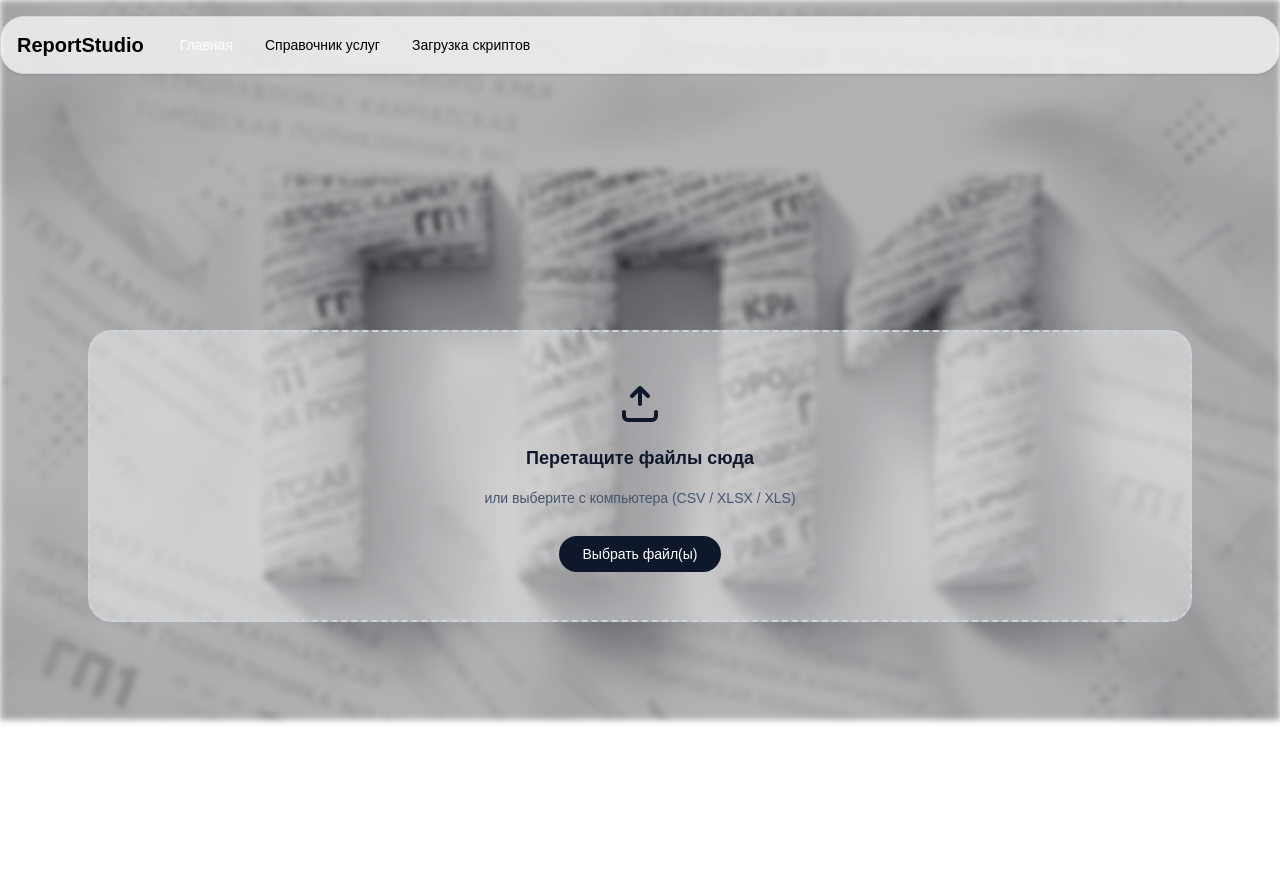
Repository: vladzap2423/report_studio_v2
Page: /
An editor plug-in stored every save of this project. The page is shown before and after the next save, followed by the edit.
The browser window is 1280 px wide. The pictures show the whole page.
The project was rebuilt for these pictures with package versions that can differ from the ones it lists, and the page was loaded fresh each time. The framework's server and built-in components were replaced by stand-ins that run in the browser. Also part of the build but not shown: next.config.ts, src/app/components/ScriptsList.tsx.

Above is the page before, as saved 2026-03-17 15:46:29.

### src/app/layout.tsx
import type { Metadata } from "next";
import { Geist, Geist_Mono } from "next/font/google";
import "./globals.css";
import Header from "./components/Header";

const geistSans = Geist({
  variable: "--font-geist-sans",
  subsets: ["latin"],
});

const geistMono = Geist_Mono({
  variable: "--font-geist-mono",
  subsets: ["latin"],
});

export const metadata: Metadata = {
  title: "Create Next App",
  description: "Generated by create next app",
};

export default function RootLayout({
  children,
}: Readonly<{
  children: React.ReactNode;
}>) {
  return (
    <html lang="en">
      <body
        className={`${geistSans.variable} ${geistMono.variable} antialiased`}
      >
        <Header

          title="ReportStudio"
          links={[
            { label: "Главная", href: "/" },
            { label: "Справочник услуг", href: "/services" },
            { label:"Загрузка скриптов", href: "/load"}
          ]}
        />
        {children}
      </body>
    </html>
  );
}

### src/app/page.tsx
"use client";
import { useState } from "react";
import DropZone from "./components/DropZone";
import ScriptsList from "./components/ScriptsList";

export default function HomePage() {
  const [files, setFiles] = useState<File[]>([]);
  const [showDrop, setShowDrop] = useState(true);

  const handleFilesPicked = (picked: File[]) => {
    setFiles(picked);
    setShowDrop(false);
  };

  const resetFiles = () => {
    setFiles([]);
    setShowDrop(true);
  };

  return (
    <main className="min-h-screen relative">
      <div className="mx-auto max-w-6xl px-6 py-14">
        {showDrop ? (
          <DropZone onFilesPicked={handleFilesPicked} />
        ) : (
          <>
            <button onClick={resetFiles} className="mb-6 rounded-2xl bg-slate-900 px-5 py-3 text-white">
              Загрузить новый файл
            </button>
            <ScriptsList files={files} />
          </>
        )}
      </div>
    </main>
  );
}

### src/app/globals.css
@import "tailwindcss";

:root {
  --background: #ffffff;
  --foreground: #171717;
  color-scheme: light;
}

@theme inline {
  --color-background: var(--background);
  --color-foreground: var(--foreground);
  --font-sans: var(--font-geist-sans);
  --font-mono: var(--font-geist-mono);
}

body {
  background: var(--background);
  color: var(--foreground);
  font-family: Arial, Helvetica, sans-serif;
  position: relative; /* важно для ::before */
  min-height: 100vh;
}

body::before {
  content: "";
  position: fixed;
  top: 0;
  left: 0;
  width: 100%;
  height: 100%;
  background-image: url("/fon.png");
  background-size: cover;
  background-position: center;
  background-repeat: no-repeat;
  filter: blur(3px) brightness(0.7);
  z-index: -1; /* чтобы контент был поверх фона */
}

### src/app/components/Header.tsx
"use client";

import React from "react";
import Link from "next/link";
import { usePathname } from "next/navigation";

type HeaderProps = {
  title?: string;
  links?: { label: string; href: string }[];
};

const Header: React.FC<HeaderProps> = ({ title = "ReportStudio", links = [] }) => {
  const pathname = usePathname();

  return (
    <header className="w-full flex justify-center mt-4">
      <div className="w-full max-w-7xl px-4 py-3 flex items-center space-x-6 bg-white/70 border border-gray-300 rounded-3xl shadow-sm">

        {/* Название */}
        <div className="text-xl font-semibold text-black">
          {title}
        </div>

        {/* Меню */}
        <nav className="flex space-x-2">
          {links.map((link) => {
            const isActive = pathname === link.href;

            return (
              <Link
                key={link.href}
                href={link.href}
                className={`px-3 py-1.5 rounded-3xl text-sm transition-colors ${
                  isActive
                    ? "bg-scale-900 text-white"
                    : "text-black hover:bg-gray-100"
                }`}
              >
                {link.label}
              </Link>
            );
          })}
        </nav>

      </div>
    </header>
  );
};

export default Header;

### src/app/components/DropZone.tsx
"use client";

import { useRef, useState, DragEvent, ChangeEvent, useCallback } from "react";

type DropZoneProps = {
  accept?: string;
  onFilesPicked: (files: File[]) => void;
};

export default function DropZone({ accept = ".csv,.xlsx,.xls", onFilesPicked }: DropZoneProps) {
  const dragDepth = useRef(0);
  const inputRef = useRef<HTMLInputElement | null>(null);

  const [isDragging, setIsDragging] = useState(false);
  const [error, setError] = useState<string | null>(null);
  const [files, setFiles] = useState<File[]>([]);

  const validateFiles = useCallback((picked: File[]) => {
    if (!picked.length) return "Файл не выбран";
    const bad = picked.find(f => ![".csv", ".xlsx", ".xls"].some(ext => f.name.toLowerCase().endsWith(ext)));
    if (bad) return `Файл "${bad.name}" не поддерживается. Разрешены CSV / XLSX / XLS.`;

    const total = picked.reduce((s, f) => s + f.size, 0);
    if (total > 200 * 1024 * 1024) return "Слишком большой объём. Максимум 200MB.";
    return null;
  }, []);

  const handlePicked = useCallback((picked: File[]) => {
    const err = validateFiles(picked);
    if (err) {
      setError(err);
      setFiles([]);
      return;
    }
    setError(null);
    setFiles(picked);
    onFilesPicked(picked);
  }, [onFilesPicked, validateFiles]);

  const onPickClick = () => inputRef.current?.click();

  const onDrop = (e: DragEvent<HTMLDivElement>) => {
    e.preventDefault();
    dragDepth.current = 0;
    setIsDragging(false);
    const picked = Array.from(e.dataTransfer.files || []);
    if (!picked.length) return;
    handlePicked(picked);
  };

  return (
    <div className="flex flex-col gap-6 py-50">
      <div
        onDragEnter={e => { e.preventDefault(); dragDepth.current += 1; setIsDragging(true); }}
        onDragOver={e => e.preventDefault()}
        onDragLeave={e => { e.preventDefault(); dragDepth.current -= 1; if (dragDepth.current <= 0) setIsDragging(false); }}
        onDrop={onDrop}
        className={`
    relative flex flex-col items-center justify-center gap-4 rounded-3xl border-2 border-dashed p-12 transition-all duration-300
    ${isDragging ? "border-emerald-400 bg-white/20 shadow-lg" : "border-slate-300 bg-white/40 hover:border-slate-400 hover:shadow-md"}
  `}
      >
        <svg className="w-12 h-12 text-slate-900" fill="none" stroke="currentColor" viewBox="0 0 24 24">
          <path strokeWidth={2} strokeLinecap="round" strokeLinejoin="round" d="M4 16v2a2 2 0 002 2h12a2 2 0 002-2v-2M12 12v-8m0 0L8 8m4-4l4 4" />
        </svg>
        <p className="text-lg font-semibold text-slate-900">Перетащите файлы сюда</p>
        <p className="text-sm text-slate-600">или выберите с компьютера (CSV / XLSX / XLS)</p>

        <button
          type="button"
          onClick={onPickClick}
          className="mt-3 rounded-full bg-slate-900 px-6 py-2 text-white text-sm font-medium hover:bg-slate-800 active:bg-slate-900"
        >
          Выбрать файл(ы)
        </button>

        <input
          ref={inputRef}
          type="file"
          accept={accept}
          multiple
          className="hidden"
          onChange={(e: ChangeEvent<HTMLInputElement>) => {
            const picked = Array.from(e.target.files || []);
            if (!picked.length) return;
            handlePicked(picked);
          }}
        />
      </div>

      {error && (
        <div className="rounded-lg border border-rose-200 bg-rose-50 px-4 py-3 text-sm text-rose-700">
          {error}
        </div>
      )}

      {files.length > 0 && (
        <div className="flex flex-col gap-2 mt-4">
          {files.map((f, idx) => (
            <div
              key={idx}
              className="flex items-center justify-between rounded-xl border border-slate-200 bg-slate-50 px-4 py-2 text-sm text-slate-700"
            >
              <span className="font-medium">{f.name}</span>
              <span className="text-xs text-slate-500">{(f.size / 1024 / 1024).toFixed(2)} MB</span>
            </div>
          ))}
        </div>
      )}
    </div>
  );
}

After the next save:
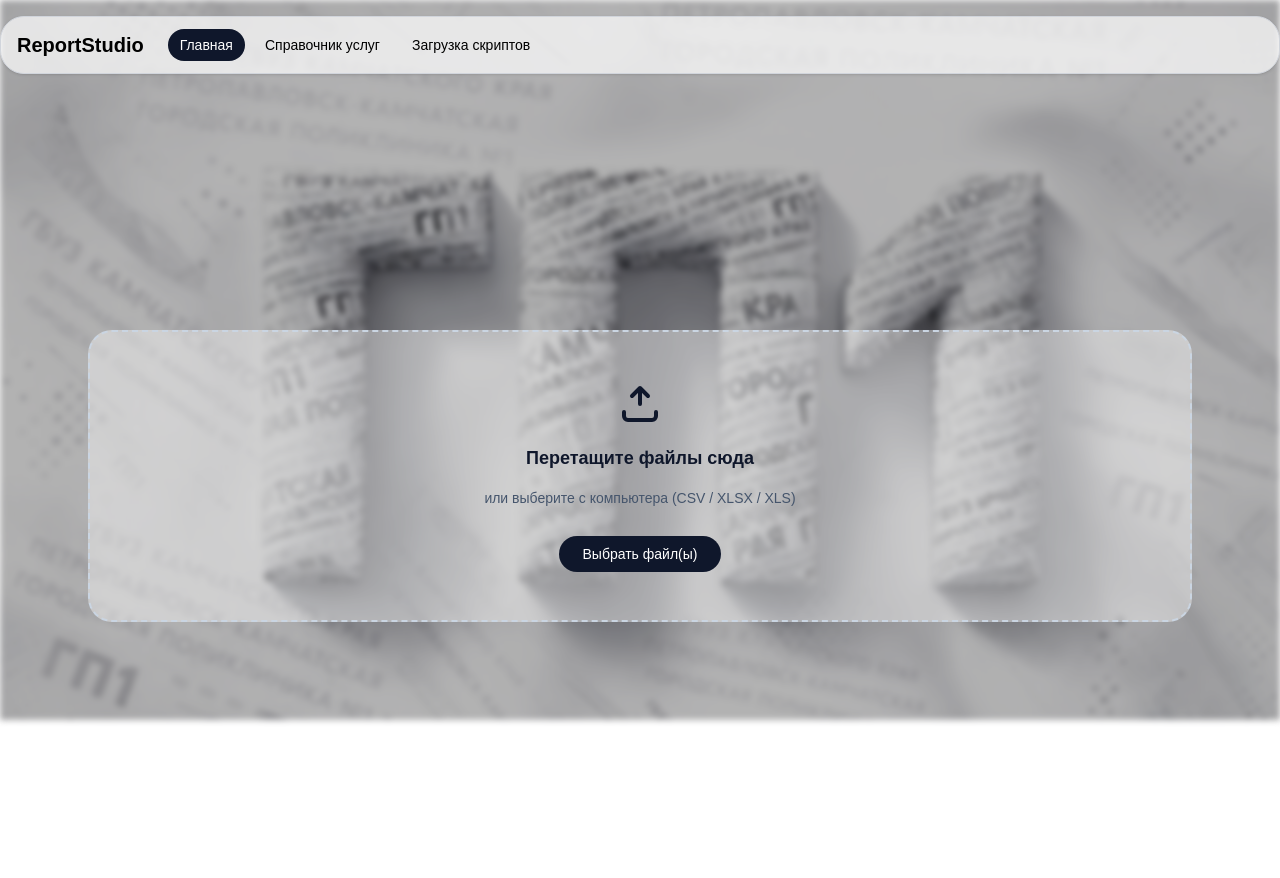
Saved 7 s later.
--- a/src/app/components/Header.tsx
+++ b/src/app/components/Header.tsx
@@ -32,7 +32,7 @@ const Header: React.FC<HeaderProps> = ({ title = "ReportStudio", links = [] }) =
                 href={link.href}
                 className={`px-3 py-1.5 rounded-3xl text-sm transition-colors ${
                   isActive
-                    ? "bg-scale-900 text-white"
+                    ? "bg-slate-900 text-white"
                     : "text-black hover:bg-gray-100"
                 }`}
               >
